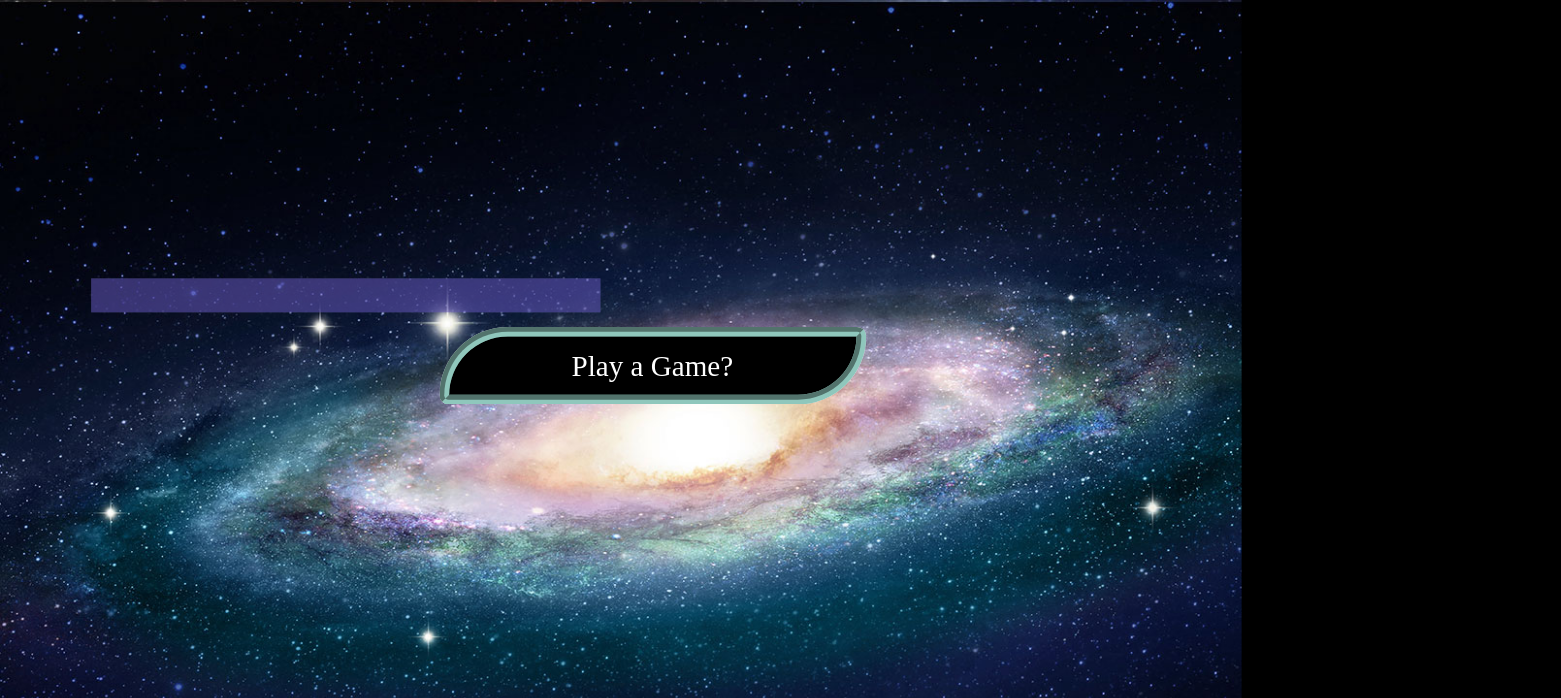
Repository: dsaftler/Trivia
Page: index.html
An editor plug-in stored every save of this project. The page is shown before and after the next save, followed by the edit.
The browser window is 1280 px wide. The page is 1609 px wide, then 1280 px, so the pictures cover 1609 px, including what lies to the right of the window. The pictures show the whole page, at 97% of full size.
Some web fonts or font styles are not loaded; a fallback is used.

Above is the page before, as saved 2019-04-13 22:41:04.

### index.html
<!DOCTYPE html>
<html lang="en">
<head>
  <meta charset="UTF-8">
  <meta name="viewport" content="width=device-width, initial-scale=1.0">
  <meta http-equiv="X-UA-Compatible" content="ie=edge">
   <link rel="stylesheet" href="assets/css/reset.css" type="text/css">
  <link rel="stylesheet" href="https://stackpath.bootstrapcdn.com/bootstrap/4.3.1/css/bootstrap.min.css"
    integrity="sha384-ggOyR0iXCbMQv3Xipma34MD+dH/1fQ784/j6cY/iJTQUOhcWr7x9JvoRxT2MZw1T" crossorigin="anonymous">
  <!-- <link href="https://fonts.googleapis.com/css?family=Cherry+Swash:700" rel="stylesheet"> -->
  <link href="https://fonts.googleapis.com/css?family=Baumans" rel="stylesheet">
  <link rel="stylesheet" href="assets/css/glowing.css">

  <!-- custom css -->
  <link rel="stylesheet" href="assets/css/style.css" type="text/css">

  <title>Trivia Game</title>
</head>
<body>
<div class="container">

  <div class="scoreElements glowing darkblue">
   <div id="showWinsCnt"><span id="wins"></span></div>
   <div id="showLoseCnt"><span id="wrongs"></span></div>
   <div id="showMissCnt"><span id="misses"></span></div>
  </div>
  <div class='playElements'>
    <div id="timer"></div>
    <h2 class="showQuestion glowing darkblue" id="question"></h2>
    <ul class="showAnswers glowing darkblue">
    <li class="answers glowing cyan" id="answer0"><a href="#"></a></li>
    <li class="answers glowing darkblue" id="answer1"><a href="#"></a></li>
    <li class="answers glowing indigo" id="answer2"><a href="#"></a></li>
    <li class="answers glowing purple" id="answer3"><a href="#"></a></li>
    </ul>
    <div class="tmyk clearfix">
      <div class="extra glowing cyan"></div>
      <img class="image glowing darkblue">
    </div>
  </div>
  <div class="bgButton">
  <button class="glowing cyan" id="newGame" onclick="initGame()">Play a Game?</button>
  </div>
  <!-- <button id="temp1" onclick="newQuestion()">Next Question?</button> -->
</div>

<!-- bootstrap scripts -->
<script src="https://code.jquery.com/jquery-3.3.1.slim.min.js"
  integrity="sha384-q8i/X+965DzO0rT7abK41JStQIAqVgRVzpbzo5smXKp4YfRvH+8abtTE1Pi6jizo" crossorigin="anonymous"></script>
<script src="https://cdnjs.cloudflare.com/ajax/libs/popper.js/1.14.7/umd/popper.min.js"
  integrity="sha384-UO2eT0CpHqdSJQ6hJty5KVphtPhzWj9WO1clHTMGa3JDZwrnQq4sF86dIHNDz0W1" crossorigin="anonymous"></script>
<script src="https://stackpath.bootstrapcdn.com/bootstrap/4.3.1/js/bootstrap.min.js"
  integrity="sha384-JjSmVgyd0p3pXB1rRibZUAYoIIy6OrQ6VrjIEaFf/nJGzIxFDsf4x0xIM+B07jRM" crossorigin="anonymous"></script>
<script src="assets/javascript/app.js"></script>


</body>
</html>

### assets/css/glowing.css
/*!
 * Glowing.css - a simple pure CSS to make PNG or anything glow!
 * https://github.com/topex-psy/Glowing.css
 *
 * Version: 1.0
 * Author: Taufik Nur Rahmanda (https://www.facebook.com/TopEx.Divine)
 * Github: https://github.com/topex-psy

 * Made available under a MIT License:
 * http://www.opensource.org/licenses/mit-license.php
 */

.glowing {
	-webkit-filter: drop-shadow(0 0 0 rgba(255,255,255,.8));
	-webkit-transition: all .2s linear;
	-moz-transition: all .2s linear;
	-o-transition: all .2s linear;
	transition: all .2s linear;
}
.glowing.red:hover { -webkit-filter: drop-shadow(0 0 8px rgba(255,153,153,1)); }
.glowing.orange:hover { -webkit-filter: drop-shadow(0 0 8px rgba(244,173,66,1)); }
.glowing.yellow:hover { -webkit-filter: drop-shadow(0 0 8px rgba(244,241,66,1)); }
.glowing.green:hover { -webkit-filter: drop-shadow(0 0 8px rgba(83,244,66,1)); }
.glowing.cyan:hover { -webkit-filter: drop-shadow(0 0 8px rgba(0,255,221,1)); }
.glowing.lightblue:hover { -webkit-filter: drop-shadow(0 0 8px rgba(0,231,255,1)); }
.glowing.blue:hover { -webkit-filter: drop-shadow(0 0 8px rgba(0,153,255,1)); }
.glowing.darkblue:hover { -webkit-filter: drop-shadow(0 0 8px rgba(0,63,255,1)); }
.glowing.indigo:hover { -webkit-filter: drop-shadow(0 0 8px rgba(167,66,244,1)); }
.glowing.purple:hover { -webkit-filter: drop-shadow(0 0 8px rgba(244,66,232,1)); }
.glowing.magenta:hover { -webkit-filter: drop-shadow(0 0 8px rgba(255,109,194,1)); }
.glowing.pink:hover { -webkit-filter: drop-shadow(0 0 8px rgba(255,137,184,1)); }

.and { }
.quickly { -webkit-transition:-webkit-transform .05s !important;-moz-transition:-moz-transform .05s !important;-o-transition:-o-transform .05s !important;transition:transform .05s !important; }
.rotating:hover { -ms-transform:matrix(1.1,0.2,-0.2,1.1,0,0);-webkit-transform:matrix(1.1,0.2,-0.2,1.1,0,0);transform:matrix(1.1,0.2,-0.2,1.1,0,0); }
.zooming:hover { -ms-transform: scale(1.1,1.1);-webkit-transform: scale(1.1,1.1);transform: scale(1.1,1.1); }

.disco:hover {
	-webkit-animation-duration: 2s;
	-webkit-animation-timing-function: ease-in-out;
	-webkit-animation-iteration-count: infinite;
	-webkit-animation-name: disco;
	animation-duration: 2s;
	animation-timing-function: ease-in-out;
	animation-iteration-count: infinite;
	animation-name: disco;
}
@-webkit-keyframes disco {
	0%    { -webkit-filter: drop-shadow(0 0 8px rgba(255,153,153,1)); }
	25%  { -webkit-filter: drop-shadow(0 0 8px rgba(244,241,66,1)); }
	50%  { -webkit-filter: drop-shadow(0 0 8px rgba(0,153,255,1)); }
	75%  { -webkit-filter: drop-shadow(0 0 8px rgba(244,66,232,1)); }
	100%    { -webkit-filter: drop-shadow(0 0 8px rgba(255,153,153,1)); }
}

### assets/css/style.css
html {
  height: 100%;
}
body {
  height: 100%;
  margin: 0;
  padding:0;
  background-color: black;
   margin: auto;
  align-content: center;
  font-family: 'Baumans', cursive;
  color:white;
  font-size: 20px;
  font-weight: bolder;
}
h3{
  color: #8fc7bc;
  padding-top: 15px;

}
.container{
   height: 100%;
  margin: auto;
  background-image: url("../images/hubble.jpg");
  max-width: 1536px;
}
button{
  width:440px;
  height: 80px;
  margin: auto;
  margin-top: 15px;
  color:white;
  font-size: 30px;
  padding: 0px;
  background-color:black;
  border-color: #8fc7bc;
  border-style: groove;
  border-width: 10px;
  border-radius: 150px 20px;

}
.scoreElements{
align-content: center;
margin: auto;
width: 10%;
padding-top: 50px;
font-size: 24px;
}
#wins{
  text-align:center;
}
.bgButton{
  align-content:center;
  margin:auto;
  width:30%;
}
/* .showQuestion{
  font-size: 30px;
} */
ul li a {
  padding-left:20px;
  color: black;
  display: block;
  border-width: 3px;
  text-decoration: none;
  padding: 16px;
  width:50%
}

ul {
  list-style-type: circle;
}

li {
  display: block;
}

ul li a:hover {
  color: #7641f0;
  display: block;
  text-decoration: none;
}

li:hover {
  background-color:black;
}
.answers{
  padding-left: 5px;
  font-size: 22px;
}
.playElements {
  align-content: center;
  margin: auto;
  padding-top: 70px;
  align-content: center;
  margin: auto;
  width: 85%;
  padding-top: 70px;
}

#timer {
  font-size: 40px;
  font-weight: bolder;
}
.tmyk{
  width: 1500px;
  height:100%;
}
.extra{
  clear: both;
  float: left;
  width:35%;
  padding:15px;
 margin-top: 15px;
  padding-bottom: 20px;
  margin-left: -15px;
  /* margin-top: 15px; */
  /* padding-top: 15px; */
  font-weight: lighter;
  background-color: rgba(22, 4, 152, .37);
  overflow: auto;
}
img{
  padding-top:15px;
  padding-left: 20px;
  clear: both;
  margin-left: 15px;
  max-width: 800px;
  height: auto;
  border:10px;
  border-color: #7641f0;
}

### assets/javascript/app.js
// Advanced game has a 30 second timer that counts down to 0 for each question !!!!!!!!!!!!  changed to 15 seconds
// If the timer is 0 OR  a wrong answer is chosen:
  // show the correct answer for 5 seconds
// display a new question
// restart the timer with no user interaction

// questions are contained in an array with question, array of answers, index of correct answer
// question shows in questionId
// "Correct"  or "Correct Answer" shows in answerId
// 4 possible answers show in 4 clickable buttons
// buttons have hover behavior
//  only one can be selected (by click)

// scores for Wins, Losses, and Unanswered are kept (correct, wrong, timer ==0)
// ask to play again in link
// click on play restarts the game without re-loading the page

var qArray =[];
var wins, wrongs, misses, seconds;
var correctAnswerId;
var timer;
var seconds;
var isNewGame = true;
var timerRunning=false;
var i;
var qArrayLength
var sayCorrect
var answerTime=10;
var displayInfoTime=5;
$(".answers").pointerEvents = "none";
$(document).ready(function () {
  //initGame();  // called by newGame button
  $(".answers").click(function() {
    stopTimer();
    $(".answers").css("pointer-events","none");
    //which answer did I click?
    var target = $(this).attr("id")
    for(let j = 0; j<4; j++) {
      jtarget = "answer" + j
      //console.log(jtarget)
      if (jtarget === target){
        if (j === correctAnswerId){
          showMe("win");
        } else {
          showMe("lose");
        }
      }
    }
  });
});


function initGame() {
  wins = 0;
  wrongs = 0;
  misses = 0;
  $(".scoreElements").hide();
  $(".playElements").hide();
  $(".answers.li").hide();
  $("#newGame").hide();
  loadQuestions();
  i = 0;
  newQuestion(i);
}

function newQuestion(i)
{
  console.log(i)
  if (i < qArrayLength){
    // show game pieces: question, answers
    $(".playElements").show();
    $("#timer").show();
    $(".tmyk").hide();
    q="Question "+(i+1)+":  "
    $("#question").text(q+(qArray[i].question));
    $("#answer0").text(qArray[i].ansArray[0]);
    //console.log(qArray[i].ansArray[0]);
    $("#answer1").text(qArray[i].ansArray[1]);
    $("#answer2").text(qArray[i].ansArray[2]);
    $("#answer3").text(qArray[i].ansArray[3]);
    correctAnswerId = qArray[i].correct;
    correctAnswer = qArray[i].ansArray[correctAnswerId]
    //console.log(qArray[i].ansArray[correctAnswerId]);
    info = qArray[i].extra;
    $(".answers").css("pointer-events", "auto");
    clearInterval(timer)
    seconds = answerTime;
    showTime();
    timer = setInterval(tick, 1000);
  } else {
    gameOver();
  }
}

function gameOver()
{
  $(".playElements").hide();
  $(".scoreElements").show();
  $("#showWinsCnt").text(wins + " Correct")
  $("#showLoseCnt").text( wrongs + " Wrong")
  $("#showMissCnt").text(  misses + " Time-Outs")
  $("#newGame").text("Play Again?"); // calls initGame
  $("#newGame").show();
}


//  The decrement function.
function tick()
{
  seconds--;
  if (seconds < 0) {
    //  ...run the stop function.
    stopTimer()
    showMe("miss");
    return;
  }
  showTime();
}

function stopTimer()
{
  clearInterval(timer);
  $("#answers").pointerEvents="none";
}

//  Execute the run function.
function showTime()
{
  var result = " * ".repeat(seconds);
 $("#timer").text(result+seconds);
 //console.log(seconds);
}
function showMe(result){
  switch (result){
    case "win":
      //alert("Correct");
      sayCorrect="Correct! "
      wins++;
      break;
    case "lose":
      //alert("Incorrect");
      sayCorrect = 'Sorry...the answer was: '  + correctAnswer
      wrongs++
      break;
    case "miss":
      $("#timer").text("Timed-Out");
      sayCorrect = 'Sorry...the answer was:  ' + correctAnswer
      misses++;
      break;
   }
  showExtra();
  setTimeout(displayPause, 1000 * displayInfoTime)

  }
function showExtra(){
  imgUrl = qArray[i].image
  $(".image").attr({"src":imgUrl, "alt": qArray[i].imageAlt});

  //console.log("<img src=" + qArray[i].image + ">");
  $(".extra").html("<h3 class='glowing cyan'>"+sayCorrect + "<br/></h3>") ;
  $(".extra").append(qArray[i].extra);
  $(".tmyk").show();
  //$(".extra").show();
  //$(".image").show();

}
function displayPause(){
  stopTimer();
  clearTimeout();
  i++;
  newQuestion(i)
}

function loadQuestions(){
qArray = [
    {
      question: "How many moons are in our Solar System?",
      correct: 3,
      ansArray: [25, 50, 97, 181],
      image: "assets/images/Moons_of_solar_system.jpg",
      imgAlt: "Moons of the solar system",
      extra: "These moons (also known as natural satellites) vary greatly in size and quantity per planet. For example, the largest moon is Jupiter’s Ganymede, and the smallest is Mar’s Deimos. Ganymede has a diameter of 3,273 miles, and Deimos has a diameter of 7 miles."

    },
    {
      question: "What percent of the universe is dark matter? (Plus or minus 2%.)",
      correct: 1,
      ansArray: ["15%", "27%", "50%", "80%"],
      image: "assets/images/darkmatter.png",
      imgAlt:"Dark matter web",
      extra: "The rest of the universe is around 68% dark energy, and less than 5% of the universe is made up of what we would consider ‘normal’ matter. This means that roughly 80% of the mass of the universe is made up of material we cannot see."
    },
    {
      question: "What is the most common type of star found in the Milky Way?",
      correct: 1,
      ansArray: ["Neutron stars", "Red dwarf stars", "Supernovae", "G-type"],
      image: "assets/images/red-dwarf.jpg",
      imgAlt: "Types of Stars Infographic",
      extra: "Red dwarf stars make up an estimated ¾ of all stars found in the Milky Way. The surface temperature of red dwarf stars is less than 4,000 Kelvin, and they have a very low luminosity and therefore cannot be easily seen. In fact, from Earth not one red dwarf star can be seen with the naked eye. Since they develop very slowly and are constant for trillions of years, there are actually no advanced stars of this type in our galaxy because our galaxy is too young!"
    },
    {
      question: "What is the closest star to the Sun?",
      correct: 0,
      ansArray: ["Proxima Centauri", "Tau Ceti", "51 Pegasi", "Rigel"],
      image: "assets/images/proxima_centauri.jpg",
      imgAlt: "Proxima Centauri",
      extra: "Proxima Centauri is a red dwarf star located in Alpha Centauri system, which is in the Centaurus constellation. Alpha Centauri is actually a triple star system with Proxima Centauri being the closest to the sun. It is 4.24 light years away from the sun, and is not visible to the naked eye from Earth."
    },
    {
      question: "What has a gravitational pull so strong that even light cannot escape it?",
      correct: 2,
      ansArray: ["Quantum Gravity", "True Love", "Black Hole", "Worm Hole"],
      image: "assets/images/blackhole.jpg",
      imgAlt: "Black Hole",
      extra: "Black holes are one of the deadliest things in the universe. They are formed when a star with a mass more than three times that of our sun dies and collapses onto itself after an explosion called a supernova. Black holes can siphon the gas out of stars until they vanish. They can even break apart and swallow planets."
    },
    {
      question: "Which NASA space flight was the last manned mission to the moon?",
      correct: 3,
      ansArray: ["Gemini 12", "Skynet 1.0", "Apollo 13","Apollo 17"],
      image: "assets/images/moon-landing.jpg",
      imgAlt: "Moon Landing",
      extra: "Apollo 17 launched on December 7, 1972 as the first night launch done by NASA. It was also the final mission of NASA’s Apollo program. Apollo 17 was the last time humans traveled beyond low Earth orbit. The mission also boasted that at the time it had the longest moon landing, largest lunar samples, longest time in orbit, and the longest total moonwalks."
    },
    {
      question: "What is the longest continuous time a human has spent in space? (Plus or minus 20 days.)",
      correct: 2,
      ansArray: ["37 days", "189 days", "437 days", "682 days"],
      image: "assets/images/poljakov.jpg",
      imgAlt: "Portrait of Poljakov",
      extra: "This amounts to more than 14 months in space. This feat was accomplished by Valeri Polyakov, a Russian astronaut who stayed aboard the Mir space station from January 1994 to March 1995. When Polyakov retired he had over 678 cumulative days in space, and his combined space time was over 22 months."
    },
    {
      question: "How much time does sun rays take to reach earth?",
      correct: 2,
      ansArray: ["58 seconds", "3.5 minutes", "8 minutes", "14 minutes"],
      image: "assets/images/Earth_to_Sun.png",
      imgAlt: "Distance to the Sun",
      extra: "The speed of light in vacuum, commonly denoted c, is a universal physical constant important in many areas of physics. Its exact value is299,792,458 meters per second (approximately 300,000 km/s (186,000 mi/s))."
    },
    {
      question: "When will Halley’s Comet will be visible from Earth again?",
      correct: 2,
      ansArray: ["2024", "2039", "2061", "2101"],
      image: "assets/images/HalleysComet.jpg",
      imgAlt: "Haley's Comet",
      extra: "Halley's Comet is arguably the most famous comet. It is a ‘periodic’ comet and returns to Earth's vicinity about every 75 years, making it possible for a human to see it twice in his or her lifetime. The last time it was here was in 1986, and it is projected to return in 2061."
    },
    {
      question: "How long was the shortest space flight?",
      correct: 0,
      ansArray: ["15 minutes", "73 minutes", "4.5 hours", "3 days"],
      image: "assets/images/freedom7.jpg",
      imgAlt: "Freedom 7 launch",
      extra: "This occurred on May 5, 1961 when Alan Shepard achieved an altitude of 115 miles in NASA’s Freedom 7. He was also the first American in space. Shepard later went on to become the oldest person to walk on the surface of the moon. He achieved this in 1971 during the Apollo 14 mission. At the time, he was 47 years old."
    }
  ]
  qArrayLength=qArray.length;
  //console.log(qArray);
};

Loaded but not shown: assets/css/reset.css (no stored copy; drawn as an empty file)

After the next save:
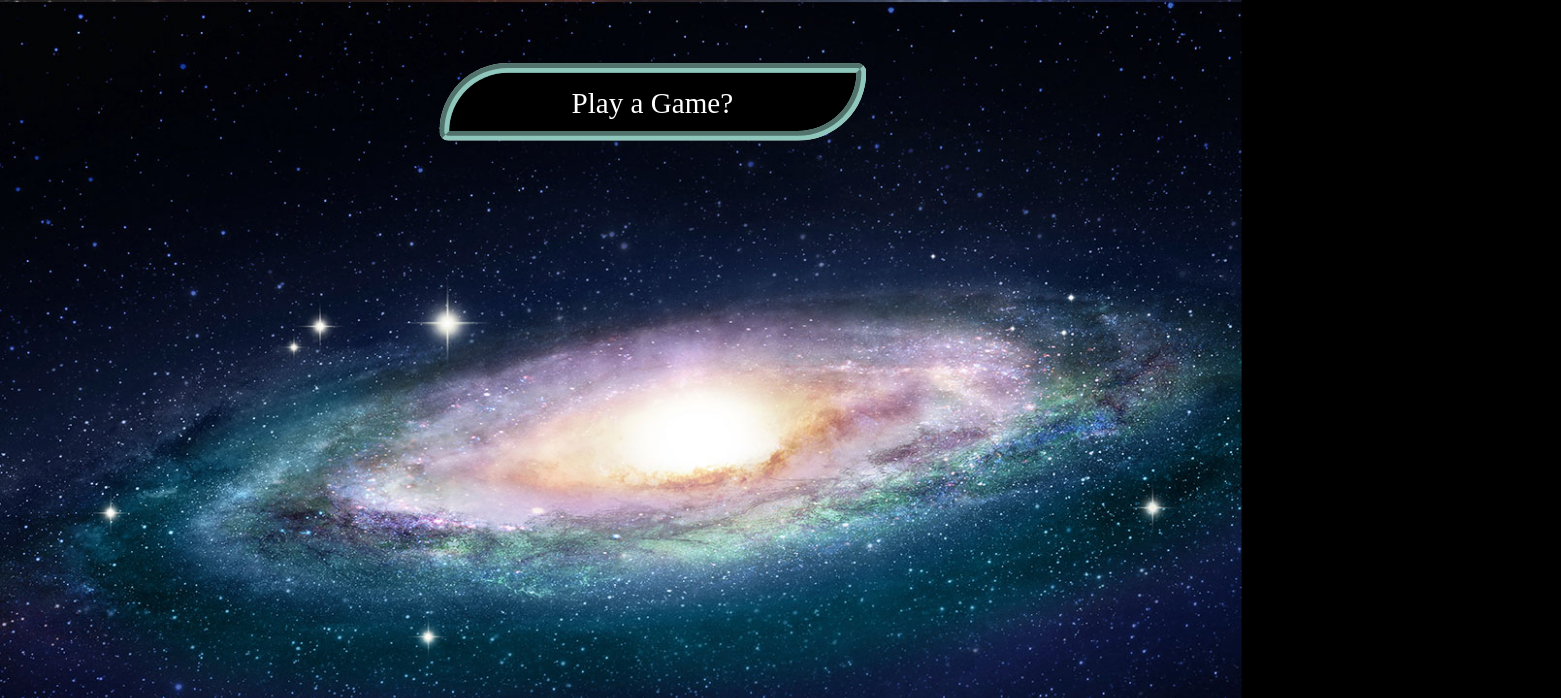
Saved 5 min 54 s later.
--- a/assets/javascript/app.js
+++ b/assets/javascript/app.js
@@ -16,17 +16,13 @@
 // click on play restarts the game without re-loading the page
 
 var qArray =[];
-var wins, wrongs, misses, seconds;
-var correctAnswerId;
+var wins, wrongs, misses, seconds,
+  i, qArrayLength, correctAnswerId;
 var timer;
-var seconds;
 var isNewGame = true;
-var timerRunning=false;
-var i;
-var qArrayLength
 var sayCorrect
-var answerTime=10;
-var displayInfoTime=5;
+var answerTime=10, displayInfoTime=5;
+$(".playElements").hide();
 $(".answers").pointerEvents = "none";
 $(document).ready(function () {
   //initGame();  // called by newGame button
